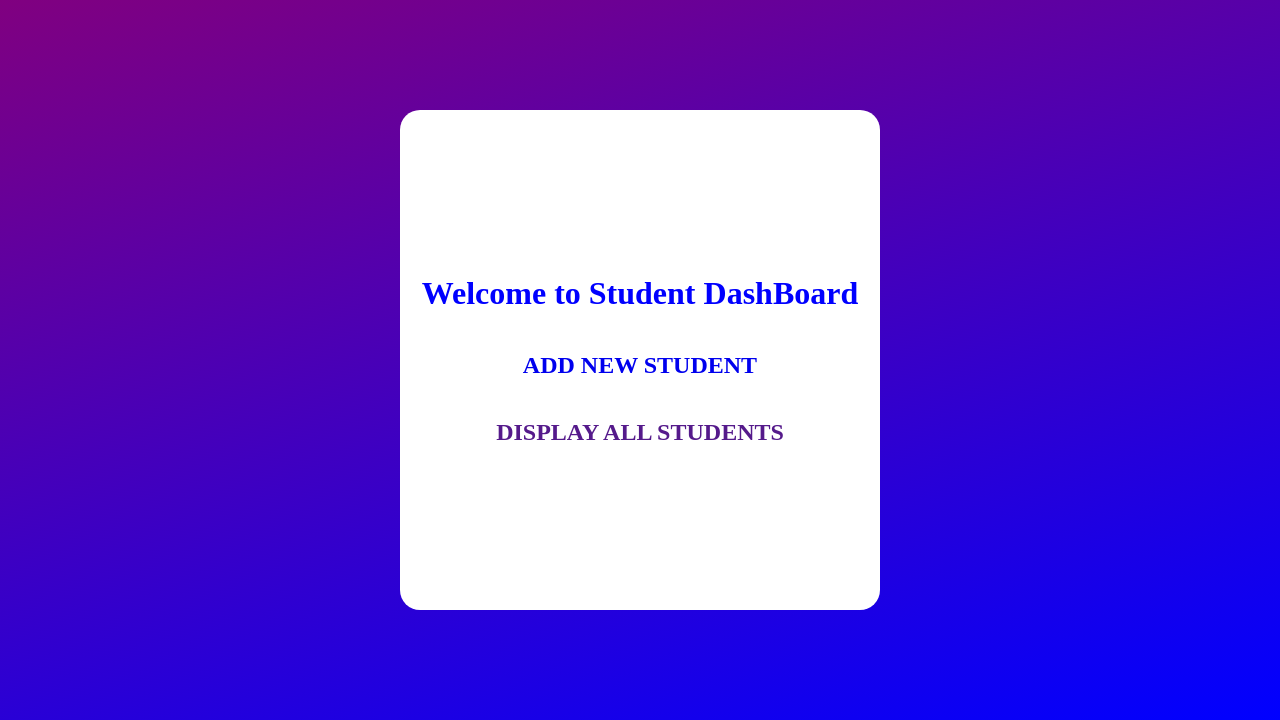
Repository: Dhirajkumar02/Advance-Java--J2EE-
Page: http://localhost/ServletProject_Student-Management-System/
An editor plug-in stored every save of this project. The page is shown before and after the next save, followed by the edit.
The browser window is 1280 px wide. The pictures show the whole page.
The page is served by Tomcat 9.

Above is the page before, as saved 2024-11-16 07:13:27.

After the next save:
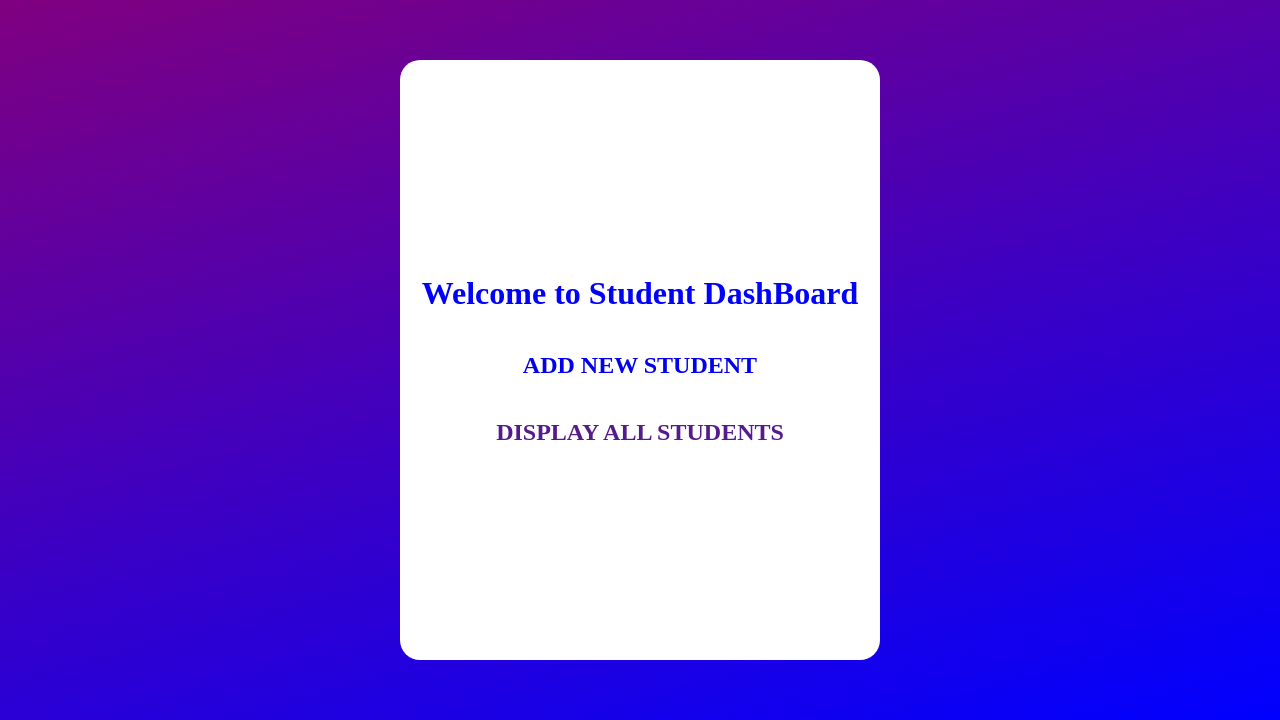
Saved 12 s later.
--- a/ServletProject_Student-Management-System/src/main/webapp/index.jsp
+++ b/ServletProject_Student-Management-System/src/main/webapp/index.jsp
@@ -26,7 +26,7 @@
 div {
 	/* border: 2px solid black;
 */
-	height: 500px;
+	height: 600px;
 	width: 480px;
 	background: white;
 	display: flex;

After the save that followed:
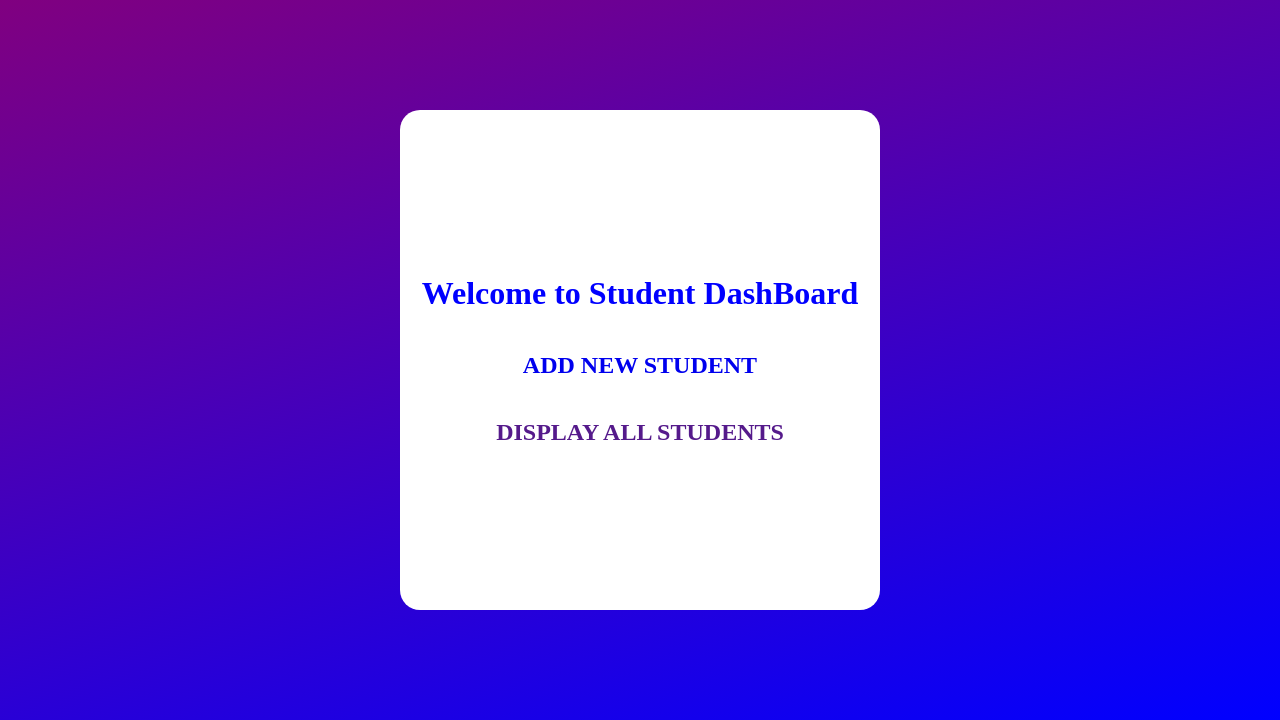
Saved 13 s later.
--- a/ServletProject_Student-Management-System/src/main/webapp/index.jsp
+++ b/ServletProject_Student-Management-System/src/main/webapp/index.jsp
@@ -26,7 +26,7 @@
 div {
 	/* border: 2px solid black;
 */
-	height: 600px;
+	height: 500px;
 	width: 480px;
 	background: white;
 	display: flex;
